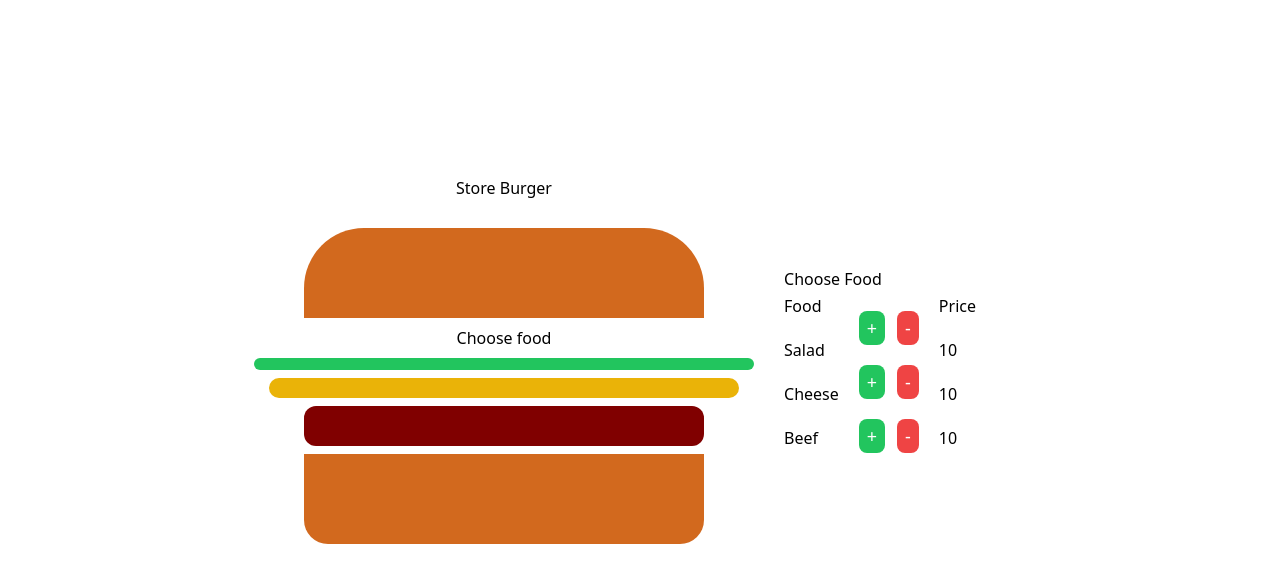
Repository: baobaodeveloper/bootcamp21_HuynhAnhBao_Burger
Page: /
The author's editor kept a copy of each file at every save. The page is drawn from the files as they stood at one save, then again after the next save.
The browser window is 1280 px wide. The pictures show the whole page.
The project was rebuilt for these pictures with package versions that can differ from the ones it lists, and the page was loaded fresh each time. Also part of the build but not shown: vite.config.js.

Above is the page before, as saved 2022-05-15 17:04:51.

### src/App.jsx
import Burger from "./components/Burger";

function App() {
  return <Burger></Burger>;
}

export default App;

### src/components/Burger.jsx
import React from "react";

export default function Burger() {
  return (
    <div>
      <div className="flex items-center gap-x-20  w-screen h-screen mx-auto justify-center">
        <div className="flex flex-col justify-center items-center gap-y-2 w-[400px]">
          <h2 className="mb-20">Store Burger</h2>
          <div className="bg-[#D2691E] w-full h-[30px] relative">
            <div className="bg-[#D2691E] w-full h-[60px] absolute top-0 left-0 -translate-y-[60px] rounded-tl-full rounded-tr-full"></div>
          </div>
          <p>Choose food</p>
          {/* loop here */}
          <div className="h-3 bg-green-500 w-[500px] rounded-full"></div>
          <div className="h-5 bg-yellow-500 w-[470px] rounded-full"></div>
          <div className="h-10 bg-[#800000] w-[400px] rounded-xl"></div>

          <div className="w-full bg-[#D2691E] h-[90px] rounded-br-3xl rounded-bl-3xl"></div>
        </div>

        <div className="">
          <h2>Choose Food</h2>
          <div className="flex items-center gap-x-5">
            <div className="flex flex-col gap-y-5">
              <span>Food</span>
              <span>Salad</span>
              <span>Cheese</span>
              <span>Beef</span>
            </div>

            <div className="flex flex-col gap-y-5">
              <span> </span>
              <span className="flex gap-x-3">
                <button className="p-2 leading-none text-lg bg-green-500 text-white rounded-lg">
                  +
                </button>
                <button className="p-2 leading-none text-lg bg-red-500 text-white rounded-lg">
                  -
                </button>
              </span>
              <span className="flex gap-x-3">
                <button className="p-2 leading-none text-lg bg-green-500 text-white rounded-lg">
                  +
                </button>
                <button className="p-2 leading-none text-lg bg-red-500 text-white rounded-lg">
                  -
                </button>
              </span>
              <span className="flex gap-x-3">
                <button className="p-2 leading-none text-lg bg-green-500 text-white rounded-lg">
                  +
                </button>
                <button className="p-2 leading-none text-lg bg-red-500 text-white rounded-lg">
                  -
                </button>
              </span>
            </div>
            <div className="flex flex-col gap-y-5">
              <span>Price</span>
              <span>10</span>
              <span>10</span>
              <span>10</span>
            </div>
          </div>
        </div>
      </div>
    </div>
  );
}

Loaded but not shown: index.html (common file); src/main.jsx (common file); src/index.scss (common file); tailwind.config.js (common file)

After the next save:
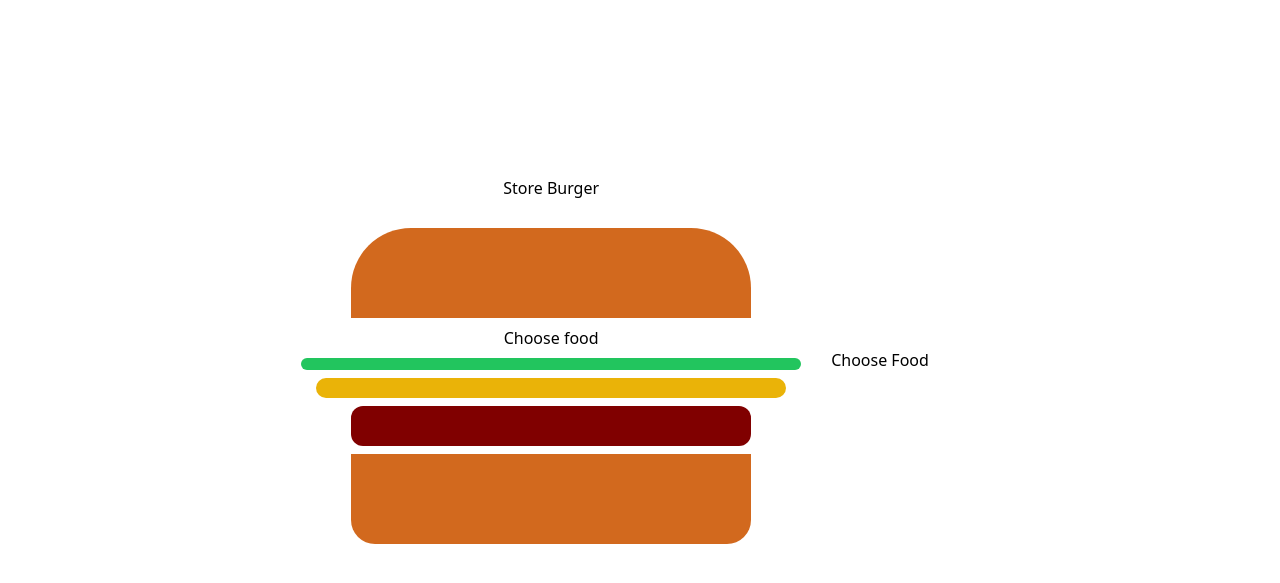
Saved 41 s later.
--- a/src/components/Burger.jsx
+++ b/src/components/Burger.jsx
@@ -20,48 +20,6 @@ export default function Burger() {
 
         <div className="">
           <h2>Choose Food</h2>
-          <div className="flex items-center gap-x-5">
-            <div className="flex flex-col gap-y-5">
-              <span>Food</span>
-              <span>Salad</span>
-              <span>Cheese</span>
-              <span>Beef</span>
-            </div>
-
-            <div className="flex flex-col gap-y-5">
-              <span> </span>
-              <span className="flex gap-x-3">
-                <button className="p-2 leading-none text-lg bg-green-500 text-white rounded-lg">
-                  +
-                </button>
-                <button className="p-2 leading-none text-lg bg-red-500 text-white rounded-lg">
-                  -
-                </button>
-              </span>
-              <span className="flex gap-x-3">
-                <button className="p-2 leading-none text-lg bg-green-500 text-white rounded-lg">
-                  +
-                </button>
-                <button className="p-2 leading-none text-lg bg-red-500 text-white rounded-lg">
-                  -
-                </button>
-              </span>
-              <span className="flex gap-x-3">
-                <button className="p-2 leading-none text-lg bg-green-500 text-white rounded-lg">
-                  +
-                </button>
-                <button className="p-2 leading-none text-lg bg-red-500 text-white rounded-lg">
-                  -
-                </button>
-              </span>
-            </div>
-            <div className="flex flex-col gap-y-5">
-              <span>Price</span>
-              <span>10</span>
-              <span>10</span>
-              <span>10</span>
-            </div>
-          </div>
         </div>
       </div>
     </div>
